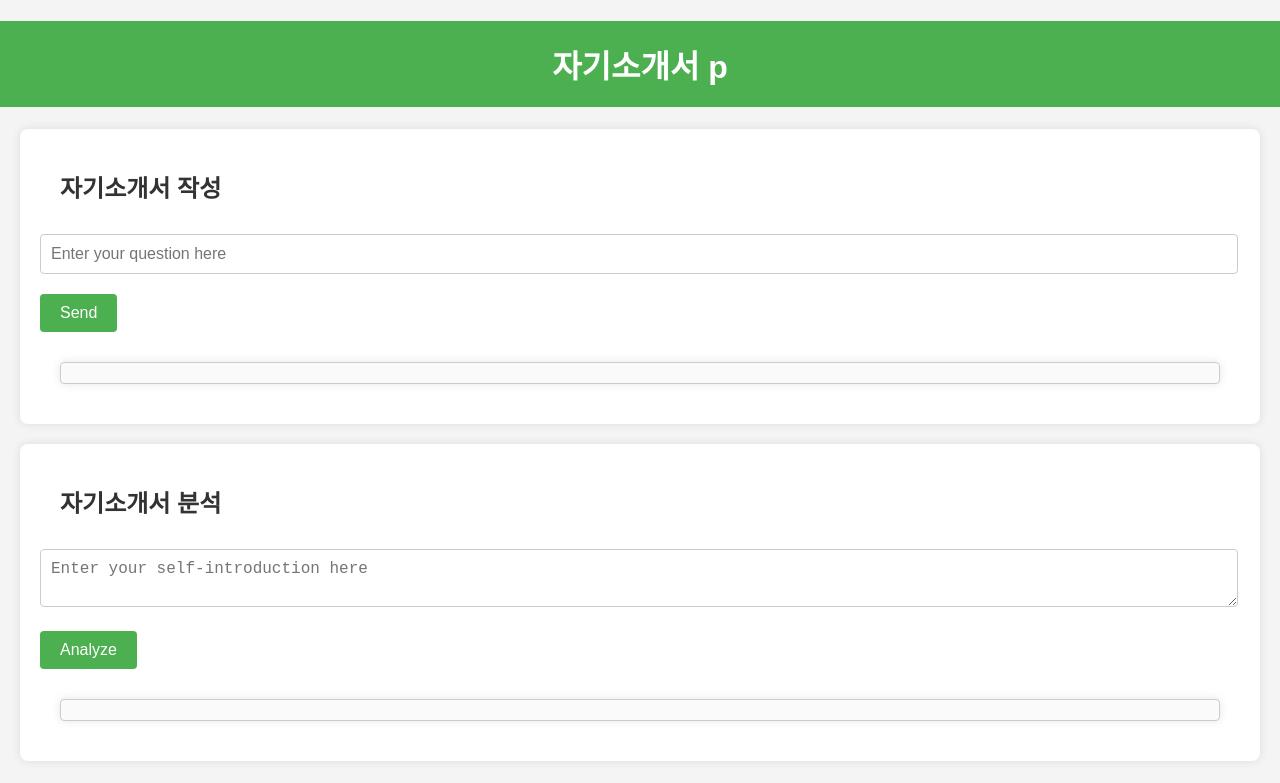
Repository: Choi9912/Flask_IntroduceGPT
Page: http://localhost/
These files come from the project's save history. The page is drawn as it stood at one moment and after the next save; the edit follows.
The browser window is 1280 px wide. The pictures show the whole page.
The page is served by the project's application, run on Flask 3 (app.py).

Above is the page before, as saved 2024-07-27 10:32:47.

### templates/index.html
<!doctype html>
<html lang="en">
<head>
    <meta charset="UTF-8">
    <title>AI Q&A</title>
    <link rel="stylesheet" href="{{ url_for('static', filename='style.css') }}">
</head>
<body>
    <h1>자기소개서 p</h1>
    <div>
        <h2>자기소개서 작성</h2>
        <input type="text" id="question" placeholder="Enter your question here">
        <button id="sendBtn">Send</button>
        <div id="conversation"></div>
    </div>
    <div>
        <h2>자기소개서 분석</h2>
        <textarea id="introduction" placeholder="Enter your self-introduction here"></textarea>
        <button id="analyzeBtn">Analyze</button>
        <div id="analysis"></div>
    </div>
    <script src="{{ url_for('static', filename='script.js') }}"></script>
</body>
</html>

### app.py
from flask import Flask, request, jsonify, render_template
import requests
import logging

# Configure logging
logging.basicConfig(level=logging.DEBUG)

class SelfIntroductionAnalyzer:
    def __init__(self, api_url):
        self.api_url = api_url

    def analyze(self, introduction, method):
        if method == 'iterative_refinement':
            return self.iterative_refinement(introduction)
        elif method == 'step_by_step':
            return self.step_by_step(introduction)
        elif method == 'few_shot':
            return self.few_shot(introduction)
        elif method == 'constraint_setting':
            return self.constraint_setting(introduction)
        else:
            return 'Error: Invalid method'

    def iterative_refinement(self, introduction):
        messages = [
            {"role": "system", "content": "당신은 자기소개서를 분석하는 AI입니다."},
            {"role": "user", "content": f"다음 자기소개서를 분석해주세요: {introduction}"}
        ]
        try:
            response = requests.post(self.api_url, json=messages)
            response.raise_for_status()
            return response.json().get('choices')[0]['message']['content']
        except requests.RequestException as e:
            logging.error(f"Error in iterative_refinement: {e}")
            messages.append({"role": "user", "content": "Please clarify the previous answer."})
            try:
                response = requests.post(self.api_url, json=messages)
                response.raise_for_status()
                return response.json().get('choices')[0]['message']['content']
            except requests.RequestException as e:
                logging.error(f"Error in refinement retry: {e}")
                return 'Error: Unable to get a response from the API'

    def step_by_step(self, introduction):
        steps = [
            "Step 1: Analyze the introduction.",
            "Step 2: Identify key points and themes.",
            "Step 3: Evaluate the structure and coherence."
        ]
        messages = [
            {"role": "system", "content": "당신은 자기소개서를 분석하는 AI입니다."},
            {"role": "user", "content": f"다음 자기소개서를 분석해주세요: {introduction}"},
            {"role": "assistant", "content": " ".join(steps)}
        ]
        try:
            response = requests.post(self.api_url, json=messages)
            response.raise_for_status()
            return response.json().get('choices')[0]['message']['content']
        except requests.RequestException as e:
            logging.error(f"Error in step_by_step: {e}")
            return 'Error: Unable to get a response from the API'

    def few_shot(self, introduction):
        examples = [
            {"role": "user", "content": "자기소개서의 강점을 분석해주세요.", "role": "assistant", "content": "자기소개서의 강점은 명확한 목표 설정과 구체적인 경험 사례입니다."},
            {"role": "user", "content": "자기소개서에서 개선할 점을 알려주세요.", "role": "assistant", "content": "자기소개서의 개선할 점은 내용의 일관성과 논리적 흐름입니다."}
        ]
        messages = [
            {"role": "system", "content": "당신은 자기소개서를 분석하는 AI입니다."},
            *examples,
            {"role": "user", "content": f"다음 자기소개서를 분석해주세요: {introduction}"}
        ]
        try:
            response = requests.post(self.api_url, json=messages)
            response.raise_for_status()
            return response.json().get('choices')[0]['message']['content']
        except requests.RequestException as e:
            logging.error(f"Error in few_shot: {e}")
            return 'Error: Unable to get a response from the API'

    def constraint_setting(self, introduction):
        constraints = "최대한 자세하게 알려주세요."
        messages = [
            {"role": "system", "content": "당신은 자기소개서를 분석하는 AI입니다."},
            {"role": "user", "content": f"다음 자기소개서를 분석해주세요: {introduction}\n{constraints}"}
        ]
        try:
            response = requests.post(self.api_url, json=messages)
            response.raise_for_status()
            return response.json().get('choices')[0]['message']['content']
        except requests.RequestException as e:
            logging.error(f"Error in constraint_setting: {e}")
            return 'Error: Unable to get a response from the API'


class SelfIntroductionWriter:
    def __init__(self, api_url):
        self.api_url = api_url

    def write(self, prompt, method):
        if method == 'iterative_refinement':
            return self.iterative_refinement(prompt)
        elif method == 'step_by_step':
            return self.step_by_step(prompt)
        elif method == 'few_shot':
            return self.few_shot(prompt)
        elif method == 'constraint_setting':
            return self.constraint_setting(prompt)
        else:
            return 'Error: Invalid method'

    def iterative_refinement(self, prompt):
        messages = [
            {"role": "system", "content": "당신은 자기소개서를 작성하는 AI입니다."},
            {"role": "user", "content": f"다음 프롬프트로 자기소개서를 작성해주세요: {prompt}"}
        ]
        try:
            response = requests.post(self.api_url, json=messages)
            response.raise_for_status()
            return response.json().get('choices')[0]['message']['content']
        except requests.RequestException as e:
            logging.error(f"Error in iterative_refinement: {e}")
            messages.append({"role": "user", "content": "Please improve the previous version."})
            try:
                response = requests.post(self.api_url, json=messages)
                response.raise_for_status()
                return response.json().get('choices')[0]['message']['content']
            except requests.RequestException as e:
                logging.error(f"Error in refinement retry: {e}")
                return 'Error: Unable to get a response from the API'

    def step_by_step(self, prompt):
        steps = [
            "Step 1: Understand the prompt.",
            "Step 2: Identify key points to include.",
            "Step 3: Draft the introduction with a logical flow."
        ]
        messages = [
            {"role": "system", "content": "당신은 자기소개서를 작성하는 AI입니다."},
            {"role": "user", "content": f"다음 프롬프트로 자기소개서를 작성해주세요: {prompt}"},
            {"role": "assistant", "content": " ".join(steps)}
        ]
        try:
            response = requests.post(self.api_url, json=messages)
            response.raise_for_status()
            return response.json().get('choices')[0]['message']['content']
        except requests.RequestException as e:
            logging.error(f"Error in step_by_step: {e}")
            return 'Error: Unable to get a response from the API'

    def few_shot(self, prompt):
        examples = [
            {"role": "user", "content": "자기소개서를 작성해주세요.", "role": "assistant", "content": "저는 열정적이고 성실한 사람입니다. 저는 다양한 경험을 통해 성장했습니다."},
            {"role": "user", "content": "자기소개서의 핵심을 작성해주세요.", "role": "assistant", "content": "저는 협력과 도전정신을 중요시하며, 항상 새로운 것을 배우고자 합니다."}
        ]
        messages = [
            {"role": "system", "content": "당신은 자기소개서를 작성하는 AI입니다."},
            *examples,
            {"role": "user", "content": f"다음 프롬프트로 자기소개서를 작성해주세요: {prompt}"}
        ]
        try:
            response = requests.post(self.api_url, json=messages)
            response.raise_for_status()
            return response.json().get('choices')[0]['message']['content']
        except requests.RequestException as e:
            logging.error(f"Error in few_shot: {e}")
            return 'Error: Unable to get a response from the API'

    def constraint_setting(self, prompt):
        constraints = ""
        messages = [
            {"role": "system", "content": "당신은 자기소개서를 작성하는 AI입니다."},
            {"role": "user", "content": f"다음 프롬프트로 자기소개서를 작성해주세요: {prompt}\n{constraints}"}
        ]
        try:
            response = requests.post(self.api_url, json=messages)
            response.raise_for_status()
            return response.json().get('choices')[0]['message']['content']
        except requests.RequestException as e:
            logging.error(f"Error in constraint_setting: {e}")
            return 'Error: Unable to get a response from the API'


class PromptOptimizerApp:
    def __init__(self, analyzer, writer):
        self.app = Flask(__name__)
        self.analyzer = analyzer
        self.writer = writer
        self.setup_routes()

    def setup_routes(self):
        self.app.add_url_rule('/', 'index', self.index)
        self.app.add_url_rule('/generate', 'generate', self.generate, methods=['POST'])
        self.app.add_url_rule('/analyze', 'analyze', self.analyze_route, methods=['POST'])
        self.app.add_url_rule('/write', 'write', self.write_route, methods=['POST'])
        self.app.add_url_rule('/plagiarism_check', 'plagiarism_check', self.plagiarism_check_route, methods=['POST'])
        self.app.add_url_rule('/spell_check', 'spell_check', self.spell_check_route, methods=['POST'])

    def index(self):
        return render_template('index.html')

    def generate(self):
        data = request.get_json()
        question = data.get('question')
        logging.debug(f"Received question: {question}")

        answer = self.writer.iterative_refinement(question)
        return jsonify({'answer': answer})

    def analyze_route(self):
        data = request.get_json()
        introduction = data.get('introduction')
        method = data.get('method', 'iterative_refinement')  # Default to 'iterative_refinement'
        logging.debug(f"Received introduction: {introduction} with method: {method}")
        analysis = self.analyzer.analyze(introduction, method)
        return jsonify({'analysis': analysis})

    def write_route(self):
        data = request.get_json()
        prompt = data.get('prompt')
        method = data.get('method', 'iterative_refinement')  # Default to 'iterative_refinement'
        logging.debug(f"Received prompt: {prompt} with method: {method}")
        writing = self.writer.write(prompt, method)
        return jsonify({'writing': writing})

    def plagiarism_check_route(self):
        data = request.get_json()
        text = data.get('text')
        logging.debug(f"Received text for plagiarism check: {text}")
        response = requests.post('https://plagiarism-api.example.com/check', json={'text': text})
        result = response.json()
        return jsonify({'plagiarism_report': result})

    def spell_check_route(self):
        data = request.get_json()
        text = data.get('text')
        logging.debug(f"Received text for spell check: {text}")
        response = requests.post('https://spellcheck-api.example.com/check', json={'text': text})
        result = response.json()
        return jsonify({'spell_check_report': result})

    def run(self):
        self.app.run(debug=True)


if __name__ == '__main__':
    API_URL = 'https://open-api.jejucodingcamp.workers.dev/'
    analyzer = SelfIntroductionAnalyzer(API_URL)
    writer = SelfIntroductionWriter(API_URL)
    app_instance = PromptOptimizerApp(analyzer, writer)
    app_instance.run()

### static/style.css
body {
    font-family: Arial, sans-serif;
    background-color: #f4f4f4;
    margin: 0;
    padding: 0;
}

h1 {
    background-color: #4CAF50;
    color: white;
    padding: 20px;
    text-align: center;
}

h2 {
    color: #333;
    margin-left: 20px;
}

div {
    margin: 20px;
    padding: 20px;
    background-color: white;
    border-radius: 8px;
    box-shadow: 0 0 10px rgba(0, 0, 0, 0.1);
}

input[type="text"], textarea {
    width: calc(100% - 24px);
    padding: 10px;
    margin: 10px 0;
    border: 1px solid #ccc;
    border-radius: 4px;
    font-size: 16px;
}

button {
    background-color: #4CAF50;
    color: white;
    padding: 10px 20px;
    margin: 10px 0;
    border: none;
    border-radius: 4px;
    cursor: pointer;
    font-size: 16px;
}

button:hover {
    background-color: #45a049;
}

#conversation, #analysis {
    margin-top: 20px;
    padding: 10px;
    border: 1px solid #ccc;
    border-radius: 4px;
    background-color: #fafafa;
    max-height: 300px;
    overflow-y: auto;
}

#conversation div, #analysis div {
    padding: 10px;
    border-bottom: 1px solid #ccc;
}

#conversation div:last-child, #analysis div:last-child {
    border-bottom: none;
}

### static/script.js
document.addEventListener('DOMContentLoaded', function() {
    const questionInput = document.getElementById('question');
    const sendBtn = document.getElementById('sendBtn');
    const conversation = document.getElementById('conversation');
    const introductionInput = document.getElementById('introduction');
    const analyzeBtn = document.getElementById('analyzeBtn');
    const analysisDiv = document.getElementById('analysis');

    function sendQuestion() {
        const question = questionInput.value;
        if (question.trim() === '') return;

        const userQuestionDiv = document.createElement('div');
        userQuestionDiv.textContent = `You: ${question}`;
        conversation.appendChild(userQuestionDiv);

        fetch('/generate', {
            method: 'POST',
            headers: {
                'Content-Type': 'application/json'
            },
            body: JSON.stringify({ question: question })
        })
        .then(response => response.json())
        .then(data => {
            const aiAnswerDiv = document.createElement('div');
            aiAnswerDiv.textContent = `AI: ${data.answer}`;
            conversation.appendChild(aiAnswerDiv);
            conversation.scrollTop = conversation.scrollHeight;
        })
        .catch(error => {
            console.error('Error:', error);
            const errorDiv = document.createElement('div');
            errorDiv.textContent = 'Error: Unable to get a response from the server.';
            conversation.appendChild(errorDiv);
        });

        questionInput.value = '';
    }

    function analyzeIntroduction() {
        const introduction = introductionInput.value;
        if (introduction.trim() === '') return;

        fetch('/analyze', {
            method: 'POST',
            headers: {
                'Content-Type': 'application/json'
            },
            body: JSON.stringify({ introduction: introduction })
        })
        .then(response => response.json())
        .then(data => {
            const analysisResultDiv = document.createElement('div');
            analysisResultDiv.textContent = `Analysis: ${data.analysis}`;
            analysisDiv.appendChild(analysisResultDiv);
            analysisDiv.scrollTop = analysisDiv.scrollHeight;
        })
        .catch(error => {
            console.error('Error:', error);
            const errorDiv = document.createElement('div');
            errorDiv.textContent = 'Error: Unable to get a response from the server.';
            analysisDiv.appendChild(errorDiv);
        });

        introductionInput.value = '';
    }

    sendBtn.addEventListener('click', sendQuestion);
    questionInput.addEventListener('keydown', function(event) {
        if (event.key === 'Enter') {
            sendQuestion();
        }
    });

    analyzeBtn.addEventListener('click', analyzeIntroduction);
});

After the next save:
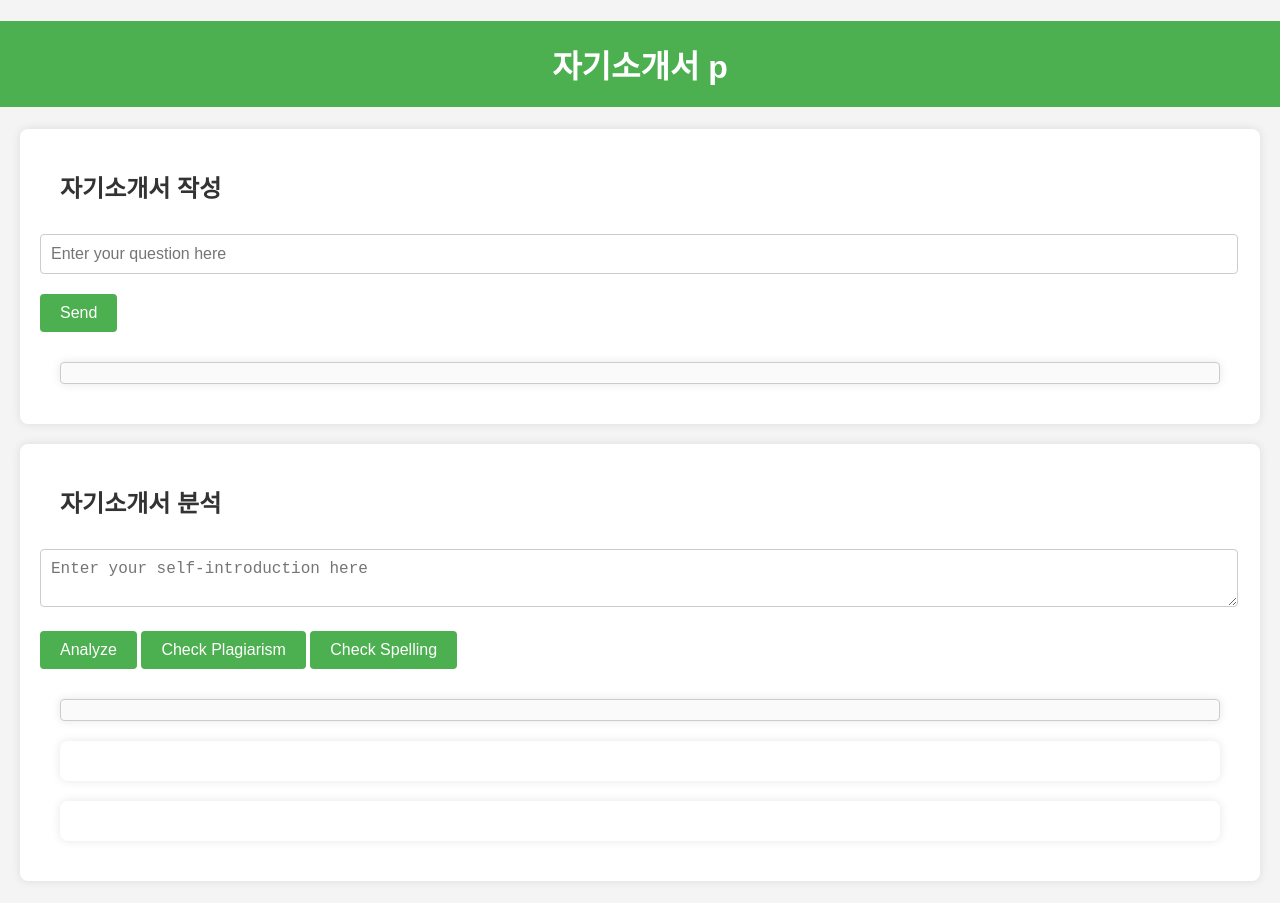
Saved 39 s later.
--- a/templates/index.html
+++ b/templates/index.html
@@ -17,7 +17,11 @@
         <h2>자기소개서 분석</h2>
         <textarea id="introduction" placeholder="Enter your self-introduction here"></textarea>
         <button id="analyzeBtn">Analyze</button>
+        <button id="plagiarismBtn">Check Plagiarism</button>
+        <button id="spellCheckBtn">Check Spelling</button>
         <div id="analysis"></div>
+        <div id="plagiarism"></div>
+        <div id="spellCheck"></div>
     </div>
     <script src="{{ url_for('static', filename='script.js') }}"></script>
 </body>
